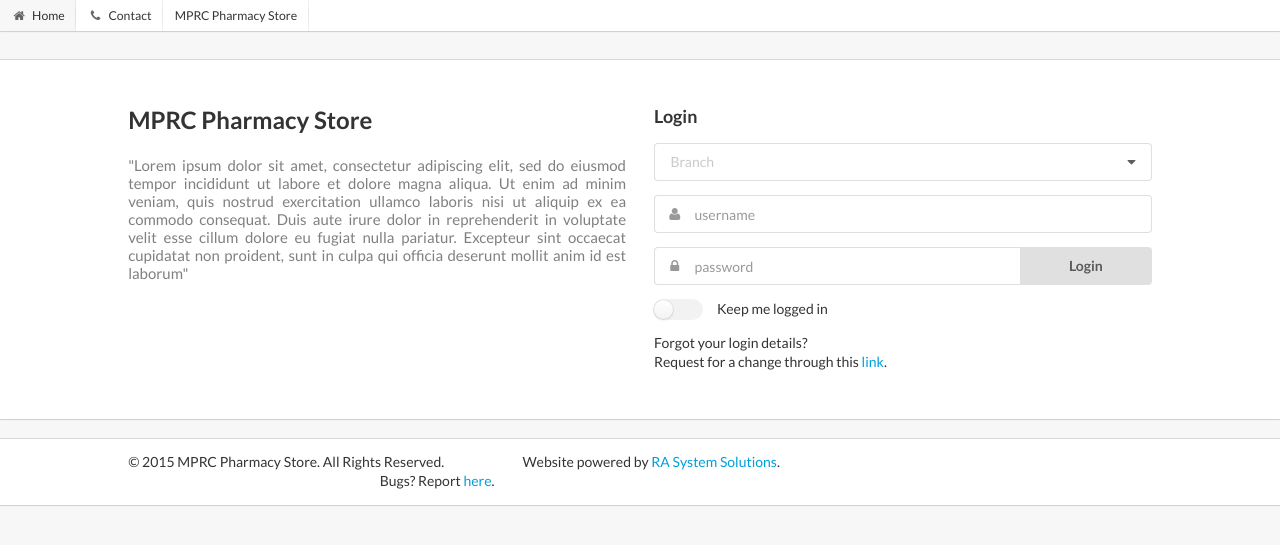
Repository: thdrwngkd/oims
Page: public/index.html
The author's editor kept a record of every edit. The page is drawn from the files as they stood at one moment, then again after the next edit.
The browser window is 1280 px wide. The pictures show the whole page.

Above is the page before.

### public/index.html
<!DOCTYPE html>
<html>
  <head>
    <!-- Standard Meta -->
    <meta charset="utf-8" />
    <meta http-equiv="X-UA-Compatible" content="IE=edge,chrome=1" />
    <meta name="viewport" content="width=device-width, initial-scale=1.0, maximum-scale=1.0">

    <!-- Site Properities -->
    <title>Online Inventory Management</title>

    <link href="../dist/googleapis.css" rel="stylesheet" type="text/css">
    <link href="../dist/semantic.css"   rel="stylesheet" type="text/css">
    <link href="../src/css/base.css"    rel="stylesheet" type="text/css">

    <script src="../dist/jquery.js"></script>
    <script src="../dist/jquery.address.js"></script>
    <script src="../dist/semantic.js"></script>

  </head>
  <body>
    <!-- Start  Header Navbar -->
    <header>
      <nav class="ui fixed fluid main small menu">
        <a class="item" href="#"><i class="home icon"></i>  Home</a>
        <a class="item" href="#"><i class="call icon"></i>  Contact</a>
        <a class="item">MPRC Pharmacy Store</a>
      </nav>
    </header>
    <!-- End    Header Navbar -->
    <div class="clear height sixty pixels"></div>
    <!-- Start  Section Masthead Segment -->
    <section class="ui center segment clear">
      <div class="ui stackable page grid top-bottom margin twenty pixels">
        <div class="two column row">
          <div class="column">
            <h2 class="ui header">
              MPRC Pharmacy Store
              <div class="sub header" style="margin-top: 20px; text-align: justify">
                "Lorem ipsum dolor sit amet, consectetur adipiscing elit, sed do eiusmod tempor incididunt ut labore et dolore magna aliqua. Ut enim ad minim veniam, quis nostrud exercitation ullamco laboris nisi ut aliquip ex ea commodo consequat. Duis aute irure dolor in reprehenderit in voluptate velit esse cillum dolore eu fugiat nulla pariatur. Excepteur sint occaecat cupidatat non proident, sunt in culpa qui officia deserunt mollit anim id est laborum"
              </div>
            </h2>
          </div>
          <div class="column">
            <h3 class="ui header">
              Login
            </h3>
            <form class="ui fluid form">
              <div class="field">
                <div class="ui selection dropdown">
                  <input type="hidden" name="gender">
                  <div class="default text">Branch</div>
                  <i class="dropdown icon"></i>
                  <div class="menu">
                    <div class="item" data-value="male">Pag-Asa</div>
                    <div class="item" data-value="female">Daang Tubo</div>
                  </div>
                </div>
              </div>
              <div class="field">
                <div class="ui left icon input">
                  <input type="text" placeholder="username">
                  <i class="user icon"></i>
                </div>
              </div>
              <div class="field">
                <div class="ui left icon action input">
                  <i class="lock icon"></i>
                  <input name="email" type="text" placeholder="password">
                  <div class="ui submit button">Login</div>
                </div>
              </div>
              <div class="field">
                <div class="ui toggle checkbox">
                  <input type="checkbox" name="keep_logged" value="x">
                  <label>Keep me logged in</label>
                </div>
              </div>
              <div class="field">
                <p>Forgot your login details?<br>Request for a change through this <a href="forgot-password.html">link</a>.</p>
              </div>
            </form>
          </div>
        </div>
      </div>

    </section>
    <!-- End    Projects Section -->
    <div class="clear height twenty pixels"></div>
    <!-- Start  About Section -->
    <section class="ui footer segment clear">
      <div class="ui page grid">
        <div class="row">
          <div class="six wide column">
            <p>© 2015 MPRC Pharmacy Store. All Rights Reserved.</p>
          </div>
          <div class="five wide column">
            <p>Website powered by <a href="">RA System Solutions</a>.</p>
          </div>
          <div class="right aligned six wide column">
            <p>Bugs? Report <a href="">here</a>.</p>
          </div>
        </div>
      </div>
    </section>
    <!-- End    About Section -->
    <!-- Javascript Imports -->
      <script src="../dist/base.js"></script>
    <!-- Javascript Imports -->
  </body>
</html>

### dist/googleapis.css
/* cyrillic-ext */
@font-face {
  font-family: 'Open Sans';
  font-style: normal;
  font-weight: 300;
  src: local('Open Sans Light'), local('OpenSans-Light'), url(http://fonts.gstatic.com/s/opensans/v10/DXI1ORHCpsQm3Vp6mXoaTSUUniRZcd_wq8DYmIfsw2A.woff2) format('woff2');
  unicode-range: U+0460-052F, U+20B4, U+2DE0-2DFF, U+A640-A69F;
}
/* cyrillic */
@font-face {
  font-family: 'Open Sans';
  font-style: normal;
  font-weight: 300;
  src: local('Open Sans Light'), local('OpenSans-Light'), url(http://fonts.gstatic.com/s/opensans/v10/DXI1ORHCpsQm3Vp6mXoaTeXREeHhJi4GEUJI9ob_ak4.woff2) format('woff2');
  unicode-range: U+0400-045F, U+0490-0491, U+04B0-04B1, U+2116;
}
/* devanagari */
@font-face {
  font-family: 'Open Sans';
  font-style: normal;
  font-weight: 300;
  src: local('Open Sans Light'), local('OpenSans-Light'), url(http://fonts.gstatic.com/s/opensans/v10/DXI1ORHCpsQm3Vp6mXoaTY0Uz7fbu6RM5MPetubMKio.woff2) format('woff2');
  unicode-range: U+02BC, U+0900-097F, U+1CD0-1CF6, U+1CF8-1CF9, U+200B-200D, U+20A8, U+20B9, U+25CC, U+A830-A839, U+A8E0-A8FB;
}
/* greek-ext */
@font-face {
  font-family: 'Open Sans';
  font-style: normal;
  font-weight: 300;
  src: local('Open Sans Light'), local('OpenSans-Light'), url(http://fonts.gstatic.com/s/opensans/v10/DXI1ORHCpsQm3Vp6mXoaTfzy0yu4vcvNhe7QLuoE8rU.woff2) format('woff2');
  unicode-range: U+1F00-1FFF;
}
/* greek */
@font-face {
  font-family: 'Open Sans';
  font-style: normal;
  font-weight: 300;
  src: local('Open Sans Light'), local('OpenSans-Light'), url(http://fonts.gstatic.com/s/opensans/v10/DXI1ORHCpsQm3Vp6mXoaTc9-ZSaZ3mOOsU9E1f6DGWc.woff2) format('woff2');
  unicode-range: U+0370-03FF;
}
/* vietnamese */
@font-face {
  font-family: 'Open Sans';
  font-style: normal;
  font-weight: 300;
  src: local('Open Sans Light'), local('OpenSans-Light'), url(http://fonts.gstatic.com/s/opensans/v10/DXI1ORHCpsQm3Vp6mXoaTYZI5FoslwusAsZHK_V0XCI.woff2) format('woff2');
  unicode-range: U+0102-0103, U+1EA0-1EF1, U+20AB;
}
/* latin-ext */
@font-face {
  font-family: 'Open Sans';
  font-style: normal;
  font-weight: 300;
  src: local('Open Sans Light'), local('OpenSans-Light'), url(http://fonts.gstatic.com/s/opensans/v10/DXI1ORHCpsQm3Vp6mXoaTRUOjZSKWg4xBWp_C_qQx0o.woff2) format('woff2');
  unicode-range: U+0100-024F, U+1E00-1EFF, U+20A0-20AB, U+20AD-20CF, U+2C60-2C7F, U+A720-A7FF;
}
/* latin */
@font-face {
  font-family: 'Open Sans';
  font-style: normal;
  font-weight: 300;
  src: local('Open Sans Light'), local('OpenSans-Light'), url(http://fonts.gstatic.com/s/opensans/v10/DXI1ORHCpsQm3Vp6mXoaTegdm0LZdjqr5-oayXSOefg.woff2) format('woff2');
  unicode-range: U+0000-00FF, U+0131, U+0152-0153, U+02C6, U+02DA, U+02DC, U+2000-206F, U+2074, U+20AC, U+2212, U+2215, U+E0FF, U+EFFD, U+F000;
}
/* cyrillic-ext */
@font-face {
  font-family: 'Open Sans';
  font-style: normal;
  font-weight: 400;
  src: local('Open Sans'), local('OpenSans'), url(http://fonts.gstatic.com/s/opensans/v10/K88pR3goAWT7BTt32Z01m1tXRa8TVwTICgirnJhmVJw.woff2) format('woff2');
  unicode-range: U+0460-052F, U+20B4, U+2DE0-2DFF, U+A640-A69F;
}
/* cyrillic */
@font-face {
  font-family: 'Open Sans';
  font-style: normal;
  font-weight: 400;
  src: local('Open Sans'), local('OpenSans'), url(http://fonts.gstatic.com/s/opensans/v10/RjgO7rYTmqiVp7vzi-Q5UVtXRa8TVwTICgirnJhmVJw.woff2) format('woff2');
  unicode-range: U+0400-045F, U+0490-0491, U+04B0-04B1, U+2116;
}
/* devanagari */
@font-face {
  font-family: 'Open Sans';
  font-style: normal;
  font-weight: 400;
  src: local('Open Sans'), local('OpenSans'), url(http://fonts.gstatic.com/s/opensans/v10/ttwNtsRpgsxVmgGGmiUOEltXRa8TVwTICgirnJhmVJw.woff2) format('woff2');
  unicode-range: U+02BC, U+0900-097F, U+1CD0-1CF6, U+1CF8-1CF9, U+200B-200D, U+20A8, U+20B9, U+25CC, U+A830-A839, U+A8E0-A8FB;
}
/* greek-ext */
@font-face {
  font-family: 'Open Sans';
  font-style: normal;
  font-weight: 400;
  src: local('Open Sans'), local('OpenSans'), url(http://fonts.gstatic.com/s/opensans/v10/LWCjsQkB6EMdfHrEVqA1KVtXRa8TVwTICgirnJhmVJw.woff2) format('woff2');
  unicode-range: U+1F00-1FFF;
}
/* greek */
@font-face {
  font-family: 'Open Sans';
  font-style: normal;
  font-weight: 400;
  src: local('Open Sans'), local('OpenSans'), url(http://fonts.gstatic.com/s/opensans/v10/xozscpT2726on7jbcb_pAltXRa8TVwTICgirnJhmVJw.woff2) format('woff2');
  unicode-range: U+0370-03FF;
}
/* vietnamese */
@font-face {
  font-family: 'Open Sans';
  font-style: normal;
  font-weight: 400;
  src: local('Open Sans'), local('OpenSans'), url(http://fonts.gstatic.com/s/opensans/v10/59ZRklaO5bWGqF5A9baEEVtXRa8TVwTICgirnJhmVJw.woff2) format('woff2');
  unicode-range: U+0102-0103, U+1EA0-1EF1, U+20AB;
}
/* latin-ext */
@font-face {
  font-family: 'Open Sans';
  font-style: normal;
  font-weight: 400;
  src: local('Open Sans'), local('OpenSans'), url(http://fonts.gstatic.com/s/opensans/v10/u-WUoqrET9fUeobQW7jkRVtXRa8TVwTICgirnJhmVJw.woff2) format('woff2');
  unicode-range: U+0100-024F, U+1E00-1EFF, U+20A0-20AB, U+20AD-20CF, U+2C60-2C7F, U+A720-A7FF;
}
/* latin */
@font-face {
  font-family: 'Open Sans';
  font-style: normal;
  font-weight: 400;
  src: local('Open Sans'), local('OpenSans'), url(http://fonts.gstatic.com/s/opensans/v10/cJZKeOuBrn4kERxqtaUH3VtXRa8TVwTICgirnJhmVJw.woff2) format('woff2');
  unicode-range: U+0000-00FF, U+0131, U+0152-0153, U+02C6, U+02DA, U+02DC, U+2000-206F, U+2074, U+20AC, U+2212, U+2215, U+E0FF, U+EFFD, U+F000;
}
/* cyrillic-ext */
@font-face {
  font-family: 'Open Sans';
  font-style: normal;
  font-weight: 700;
  src: local('Open Sans Bold'), local('OpenSans-Bold'), url(http://fonts.gstatic.com/s/opensans/v10/k3k702ZOKiLJc3WVjuplzCUUniRZcd_wq8DYmIfsw2A.woff2) format('woff2');
  unicode-range: U+0460-052F, U+20B4, U+2DE0-2DFF, U+A640-A69F;
}
/* cyrillic */
@font-face {
  font-family: 'Open Sans';
  font-style: normal;
  font-weight: 700;
  src: local('Open Sans Bold'), local('OpenSans-Bold'), url(http://fonts.gstatic.com/s/opensans/v10/k3k702ZOKiLJc3WVjuplzOXREeHhJi4GEUJI9ob_ak4.woff2) format('woff2');
  unicode-range: U+0400-045F, U+0490-0491, U+04B0-04B1, U+2116;
}
/* devanagari */
@font-face {
  font-family: 'Open Sans';
  font-style: normal;
  font-weight: 700;
  src: local('Open Sans Bold'), local('OpenSans-Bold'), url(http://fonts.gstatic.com/s/opensans/v10/k3k702ZOKiLJc3WVjuplzI0Uz7fbu6RM5MPetubMKio.woff2) format('woff2');
  unicode-range: U+02BC, U+0900-097F, U+1CD0-1CF6, U+1CF8-1CF9, U+200B-200D, U+20A8, U+20B9, U+25CC, U+A830-A839, U+A8E0-A8FB;
}
/* greek-ext */
@font-face {
  font-family: 'Open Sans';
  font-style: normal;
  font-weight: 700;
  src: local('Open Sans Bold'), local('OpenSans-Bold'), url(http://fonts.gstatic.com/s/opensans/v10/k3k702ZOKiLJc3WVjuplzPzy0yu4vcvNhe7QLuoE8rU.woff2) format('woff2');
  unicode-range: U+1F00-1FFF;
}
/* greek */
@font-face {
  font-family: 'Open Sans';
  font-style: normal;
  font-weight: 700;
  src: local('Open Sans Bold'), local('OpenSans-Bold'), url(http://fonts.gstatic.com/s/opensans/v10/k3k702ZOKiLJc3WVjuplzM9-ZSaZ3mOOsU9E1f6DGWc.woff2) format('woff2');
  unicode-range: U+0370-03FF;
}
/* vietnamese */
@font-face {
  font-family: 'Open Sans';
  font-style: normal;
  font-weight: 700;
  src: local('Open Sans Bold'), local('OpenSans-Bold'), url(http://fonts.gstatic.com/s/opensans/v10/k3k702ZOKiLJc3WVjuplzIZI5FoslwusAsZHK_V0XCI.woff2) format('woff2');
  unicode-range: U+0102-0103, U+1EA0-1EF1, U+20AB;
}
/* latin-ext */
@font-face {
  font-family: 'Open Sans';
  font-style: normal;
  font-weight: 700;
  src: local('Open Sans Bold'), local('OpenSans-Bold'), url(http://fonts.gstatic.com/s/opensans/v10/k3k702ZOKiLJc3WVjuplzBUOjZSKWg4xBWp_C_qQx0o.woff2) format('woff2');
  unicode-range: U+0100-024F, U+1E00-1EFF, U+20A0-20AB, U+20AD-20CF, U+2C60-2C7F, U+A720-A7FF;
}
/* latin */
@font-face {
  font-family: 'Open Sans';
  font-style: normal;
  font-weight: 700;
  src: local('Open Sans Bold'), local('OpenSans-Bold'), url(http://fonts.gstatic.com/s/opensans/v10/k3k702ZOKiLJc3WVjuplzOgdm0LZdjqr5-oayXSOefg.woff2) format('woff2');
  unicode-range: U+0000-00FF, U+0131, U+0152-0153, U+02C6, U+02DA, U+02DC, U+2000-206F, U+2074, U+20AC, U+2212, U+2215, U+E0FF, U+EFFD, U+F000;
}
/* cyrillic-ext */
@font-face {
  font-family: 'Open Sans';
  font-style: italic;
  font-weight: 300;
  src: local('Open Sans Light Italic'), local('OpenSansLight-Italic'), url(http://fonts.gstatic.com/s/opensans/v10/PRmiXeptR36kaC0GEAetxnJcj75aoY2FkN1K7fN5pSM.woff2) format('woff2');
  unicode-range: U+0460-052F, U+20B4, U+2DE0-2DFF, U+A640-A69F;
}
/* cyrillic */
@font-face {
  font-family: 'Open Sans';
  font-style: italic;
  font-weight: 300;
  src: local('Open Sans Light Italic'), local('OpenSansLight-Italic'), url(http://fonts.gstatic.com/s/opensans/v10/PRmiXeptR36kaC0GEAetxn1Xmpo4ASt4tV2E8fbn9tc.woff2) format('woff2');
  unicode-range: U+0400-045F, U+0490-0491, U+04B0-04B1, U+2116;
}
/* devanagari */
@font-face {
  font-family: 'Open Sans';
  font-style: italic;
  font-weight: 300;
  src: local('Open Sans Light Italic'), local('OpenSansLight-Italic'), url(http://fonts.gstatic.com/s/opensans/v10/PRmiXeptR36kaC0GEAetxp0ZClPV6EjNt18zha_DeYY.woff2) format('woff2');
  unicode-range: U+02BC, U+0900-097F, U+1CD0-1CF6, U+1CF8-1CF9, U+200B-200D, U+20A8, U+20B9, U+25CC, U+A830-A839, U+A8E0-A8FB;
}
/* greek-ext */
@font-face {
  font-family: 'Open Sans';
  font-style: italic;
  font-weight: 300;
  src: local('Open Sans Light Italic'), local('OpenSansLight-Italic'), url(http://fonts.gstatic.com/s/opensans/v10/PRmiXeptR36kaC0GEAetxhvwU2jSZ_W3bMnLe__5hmc.woff2) format('woff2');
  unicode-range: U+1F00-1FFF;
}
/* greek */
@font-face {
  font-family: 'Open Sans';
  font-style: italic;
  font-weight: 300;
  src: local('Open Sans Light Italic'), local('OpenSansLight-Italic'), url(http://fonts.gstatic.com/s/opensans/v10/PRmiXeptR36kaC0GEAetxlG2YASMDG4K4_XuakzasE8.woff2) format('woff2');
  unicode-range: U+0370-03FF;
}
/* vietnamese */
@font-face {
  font-family: 'Open Sans';
  font-style: italic;
  font-weight: 300;
  src: local('Open Sans Light Italic'), local('OpenSansLight-Italic'), url(http://fonts.gstatic.com/s/opensans/v10/PRmiXeptR36kaC0GEAetxqRhChYxGgJf4PX4Wvk4Rlk.woff2) format('woff2');
  unicode-range: U+0102-0103, U+1EA0-1EF1, U+20AB;
}
/* latin-ext */
@font-face {
  font-family: 'Open Sans';
  font-style: italic;
  font-weight: 300;
  src: local('Open Sans Light Italic'), local('OpenSansLight-Italic'), url(http://fonts.gstatic.com/s/opensans/v10/PRmiXeptR36kaC0GEAetxo05NJhCxBV64hQBJiatqx0.woff2) format('woff2');
  unicode-range: U+0100-024F, U+1E00-1EFF, U+20A0-20AB, U+20AD-20CF, U+2C60-2C7F, U+A720-A7FF;
}
/* latin */
@font-face {
  font-family: 'Open Sans';
  font-style: italic;
  font-weight: 300;
  src: local('Open Sans Light Italic'), local('OpenSansLight-Italic'), url(http://fonts.gstatic.com/s/opensans/v10/PRmiXeptR36kaC0GEAetxko2lTMeWA_kmIyWrkNCwPc.woff2) format('woff2');
  unicode-range: U+0000-00FF, U+0131, U+0152-0153, U+02C6, U+02DA, U+02DC, U+2000-206F, U+2074, U+20AC, U+2212, U+2215, U+E0FF, U+EFFD, U+F000;
}
/* vietnamese */
@font-face {
  font-family: 'Source Sans Pro';
  font-style: normal;
  font-weight: 400;
  src: local('Source Sans Pro'), local('SourceSansPro-Regular'), url(http://fonts.gstatic.com/s/sourcesanspro/v9/ODelI1aHBYDBqgeIAH2zlNOAHFN6BivSraYkjhveRHY.woff2) format('woff2');
  unicode-range: U+0102-0103, U+1EA0-1EF1, U+20AB;
}
/* latin-ext */
@font-face {
  font-family: 'Source Sans Pro';
  font-style: normal;
  font-weight: 400;
  src: local('Source Sans Pro'), local('SourceSansPro-Regular'), url(http://fonts.gstatic.com/s/sourcesanspro/v9/ODelI1aHBYDBqgeIAH2zlC2Q8seG17bfDXYR_jUsrzg.woff2) format('woff2');
  unicode-range: U+0100-024F, U+1E00-1EFF, U+20A0-20AB, U+20AD-20CF, U+2C60-2C7F, U+A720-A7FF;
}
/* latin */
@font-face {
  font-family: 'Source Sans Pro';
  font-style: normal;
  font-weight: 400;
  src: local('Source Sans Pro'), local('SourceSansPro-Regular'), url(http://fonts.gstatic.com/s/sourcesanspro/v9/ODelI1aHBYDBqgeIAH2zlNV_2ngZ8dMf8fLgjYEouxg.woff2) format('woff2');
  unicode-range: U+0000-00FF, U+0131, U+0152-0153, U+02C6, U+02DA, U+02DC, U+2000-206F, U+2074, U+20AC, U+2212, U+2215, U+E0FF, U+EFFD, U+F000;
}
/* vietnamese */
@font-face {
  font-family: 'Source Sans Pro';
  font-style: normal;
  font-weight: 700;
  src: local('Source Sans Pro Bold'), local('SourceSansPro-Bold'), url(http://fonts.gstatic.com/s/sourcesanspro/v9/toadOcfmlt9b38dHJxOBGDovqjS_dXPZszO_XltPdNg.woff2) format('woff2');
  unicode-range: U+0102-0103, U+1EA0-1EF1, U+20AB;
}
/* latin-ext */
@font-face {
  font-family: 'Source Sans Pro';
  font-style: normal;
  font-weight: 700;
  src: local('Source Sans Pro Bold'), local('SourceSansPro-Bold'), url(http://fonts.gstatic.com/s/sourcesanspro/v9/toadOcfmlt9b38dHJxOBGFxe-GPfKKFmiXaJ_Q0GFr8.woff2) format('woff2');
  unicode-range: U+0100-024F, U+1E00-1EFF, U+20A0-20AB, U+20AD-20CF, U+2C60-2C7F, U+A720-A7FF;
}
/* latin */
@font-face {
  font-family: 'Source Sans Pro';
  font-style: normal;
  font-weight: 700;
  src: local('Source Sans Pro Bold'), local('SourceSansPro-Bold'), url(http://fonts.gstatic.com/s/sourcesanspro/v9/toadOcfmlt9b38dHJxOBGEo0As1BFRXtCDhS66znb_k.woff2) format('woff2');
  unicode-range: U+0000-00FF, U+0131, U+0152-0153, U+02C6, U+02DA, U+02DC, U+2000-206F, U+2074, U+20AC, U+2212, U+2215, U+E0FF, U+EFFD, U+F000;
}

### src/css/base.css

      .clear.height {
        height: 0;
      }

      .clear.height.ten.pixels {
        height: 10px;
      }

      .clear.height.twenty.pixels {
        height: 20px;
      }

      .clear.height.forty.pixels {
        height: 40px;
      }

      .clear.height.sixty.pixels {
        height: 60px;
      }

      .clear.height.eighty.pixels {
        height: 80px;
      }

      .clear.height.one.hundred.pixels {
        height: 100px;
      }

      .clear.height.two.hundred.pixels {
        height: 200px;
      }

      .ui.clear {
        border-radius: 0;
        margin: 0;
      }

      .ui.top-bottom.margin {
        margin-top: 100px;
        margin-bottom: 100px;
      }

      .ui.top-bottom.margin.ten.pixels {
        margin-top:     10px;
        margin-bottom:  10px;
      }

      .ui.top-bottom.margin.twenty.pixels {
        margin-top:     20px;
        margin-bottom:  20px;
      }

      .ui.top-bottom.margin.forty.pixels {
        margin-top:     40px;
        margin-bottom:  40px;
      }

      .ui.skill.label {
        margin-top: 4px;
        margin-bottom: 4px;
      }

      .bordered {
        border: 1px solid black;
      }

### dist/base.js
$(document).ready(function(){
  $('.dropdown').dropdown();
  $('.checkbox').checkbox();
});

Loaded but not shown: dist/semantic.css (library); dist/jquery.js (library); dist/jquery.address.js (library); dist/semantic.js (library)

After the next edit:
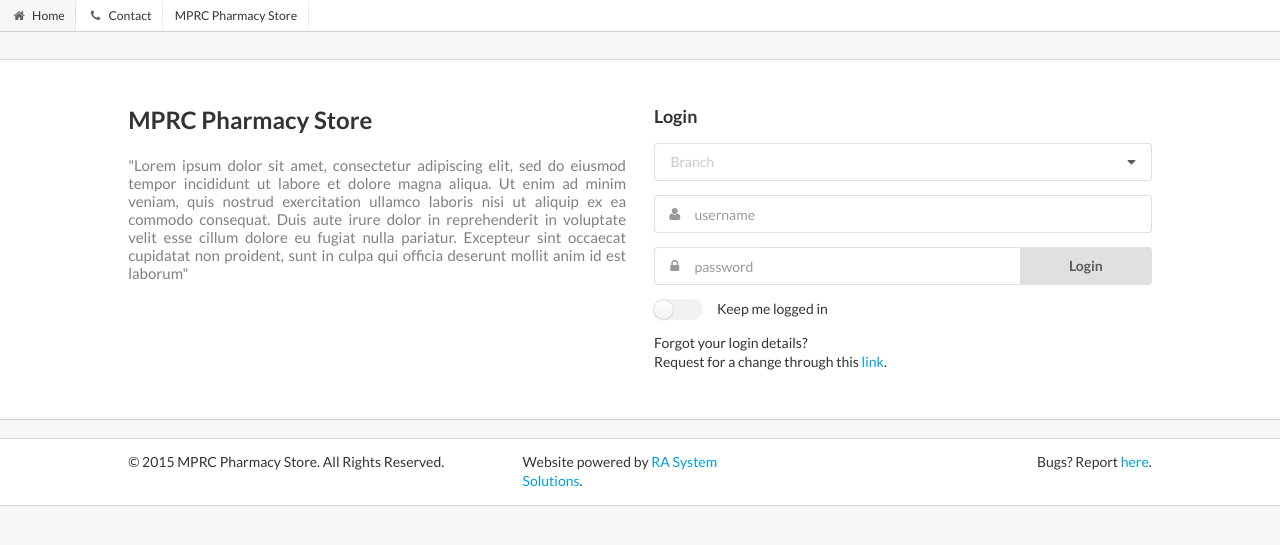
The edit:
--- a/public/index.html
+++ b/public/index.html
@@ -94,7 +94,7 @@
           <div class="six wide column">
             <p>© 2015 MPRC Pharmacy Store. All Rights Reserved.</p>
           </div>
-          <div class="five wide column">
+          <div class="four wide column">
             <p>Website powered by <a href="">RA System Solutions</a>.</p>
           </div>
           <div class="right aligned six wide column">
